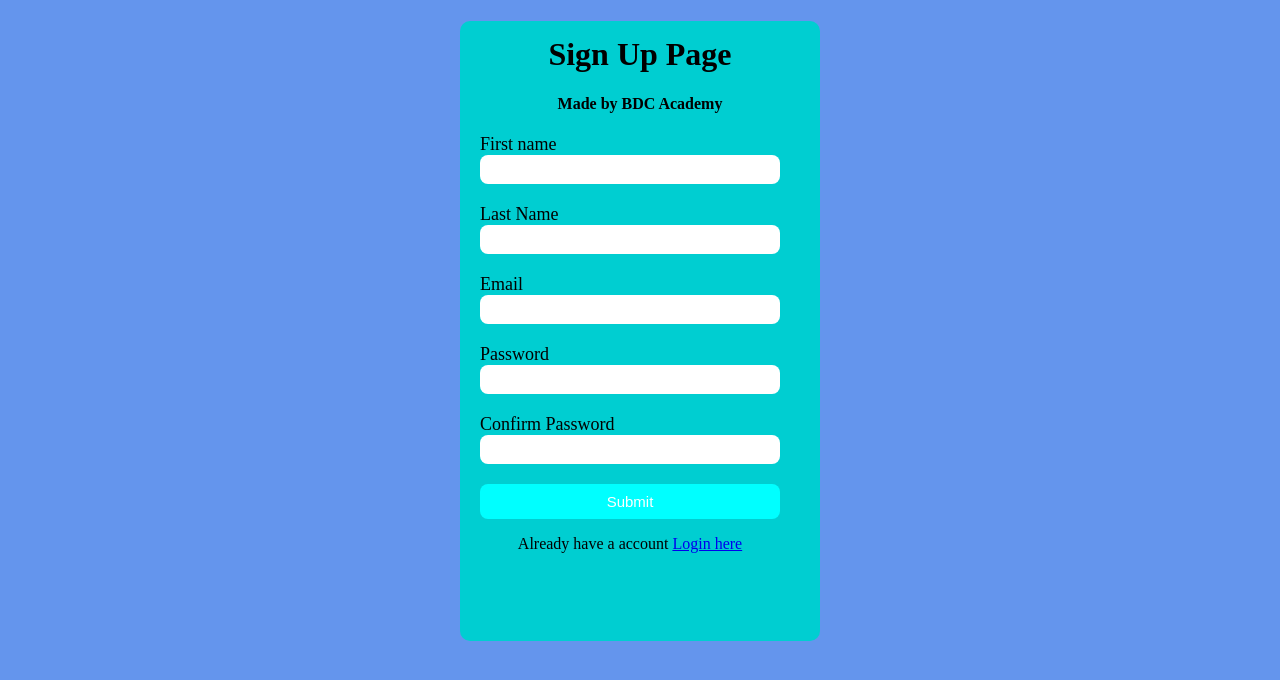
Repository: Tobby004/Sign-up-page
Page: index.html
These files come from the project's save history. The page is drawn as it stood at one moment and after the next save; the edit follows.
The browser window is 1280 px wide. The pictures show the whole page.

Above is the page before, as saved 2023-02-23 01:57:06.

After the next save:
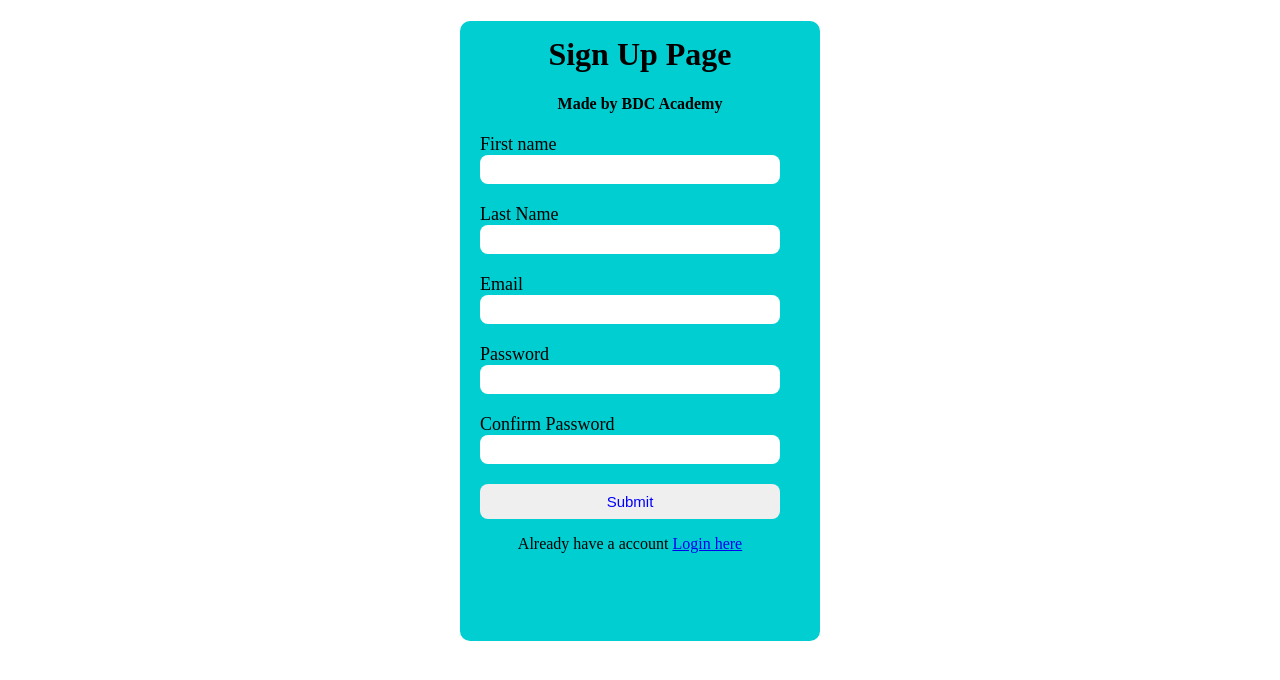
Not found: IMG_9728.JPG
Saved 3 min 49 s later.
--- a/style.css
+++ b/style.css
@@ -2,7 +2,7 @@
     box-sizing: border-box;
 }
 body {
-    background-color: cornflowerblue;
+    background-image: url(IMG_9728.JPG);
 }
 .signup-box {
     width: 360px;
@@ -41,8 +41,8 @@ input[type="button"]{
     height: 35px;
     margin-top: 20px;
     border: none;
-    color: white;
-    background-color: cyan;
+    color: blue;
+    background-color:;
     font-size: 15px;
 }
 p{
